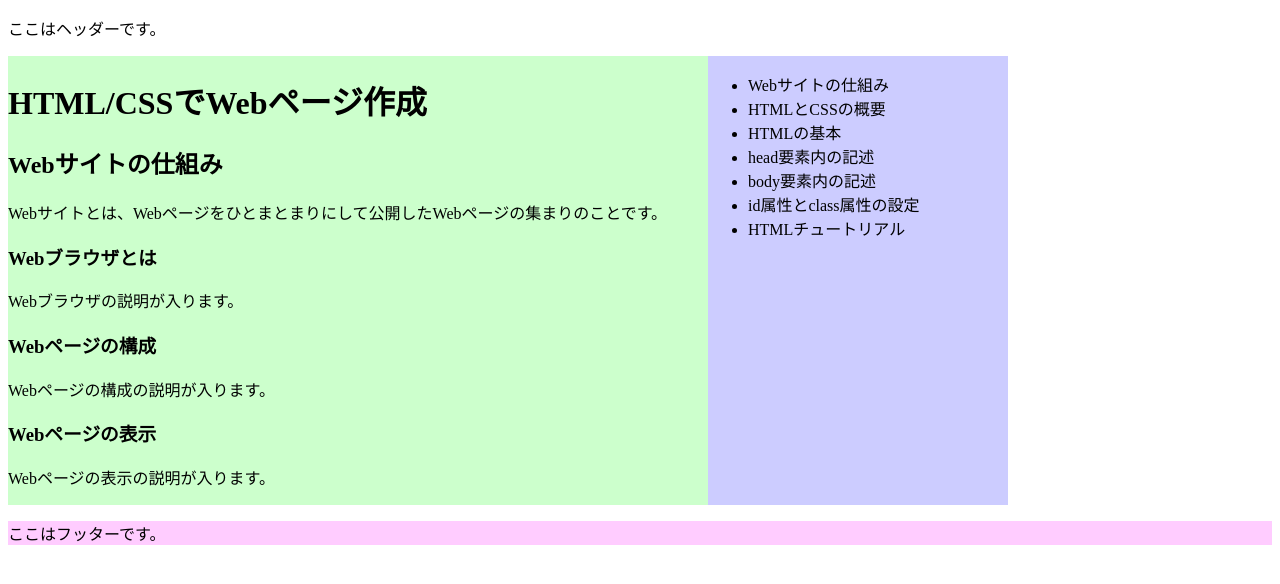
Repository: kaito-genkai/porker
Page: kadai-html.html
The author's editor kept a record of every edit. The page is drawn from the files as they stood at one moment, then again after the next edit.
The browser window is 1280 px wide. The pictures show the whole page.

Above is the page before.

### kadai-html.html
<!DOCTYPE html>
<html lang="ja">
    <head>
        <meta charset="UTF-8">
        <title>HTML/CSSでWebページ作成</title>
        <link rel="stylesheet" href="kadai-css.css" type="text/css" />
    </head>
    <body>
        <header>
            <p>ここはヘッダーです。</p>
        </header>
        <div id="wrapper">
            <div id="main">
                <h1>HTML/CSSでWebページ作成</h1>
                <h2>Webサイトの仕組み</h2>
                <p>Webサイトとは、Webページをひとまとまりにして公開したWebページの集まりのことです。</p>
                <h3>Webブラウザとは</h3>
                <p>Webブラウザの説明が入ります。</p>
                <h3>Webページの構成</h3>
                <p>Webページの構成の説明が入ります。</p>
                <h3>Webページの表示</h3>
                <p>Webページの表示の説明が入ります。</p>
            </div>
            <nav id="menu">
                <ul>
                    <li>Webサイトの仕組み</li>
                    <li>HTMLとCSSの概要</li>
                    <li>HTMLの基本</li>
                    <li>head要素内の記述</li>
                    <li>body要素内の記述</li>
                    <li>id属性とclass属性の設定</li>
                    <li>HTMLチュートリアル</li>
                </ul>
            </nav>
        </div>
        <footer>
            <p>ここはフッターです。</p>
        </footer>
    </body>
</html>

### kadai-css.css
@charset "UTF-8";

#wrapper {
    display: flex;
}

#main {
    background-color: #ccffcc;
    width: 700px;
}

#menu {
    background-color: #ccccff;
    width: 300px;
}

footer {
    background-color: #ffccff;
    margin: 0;
}

After the next edit:
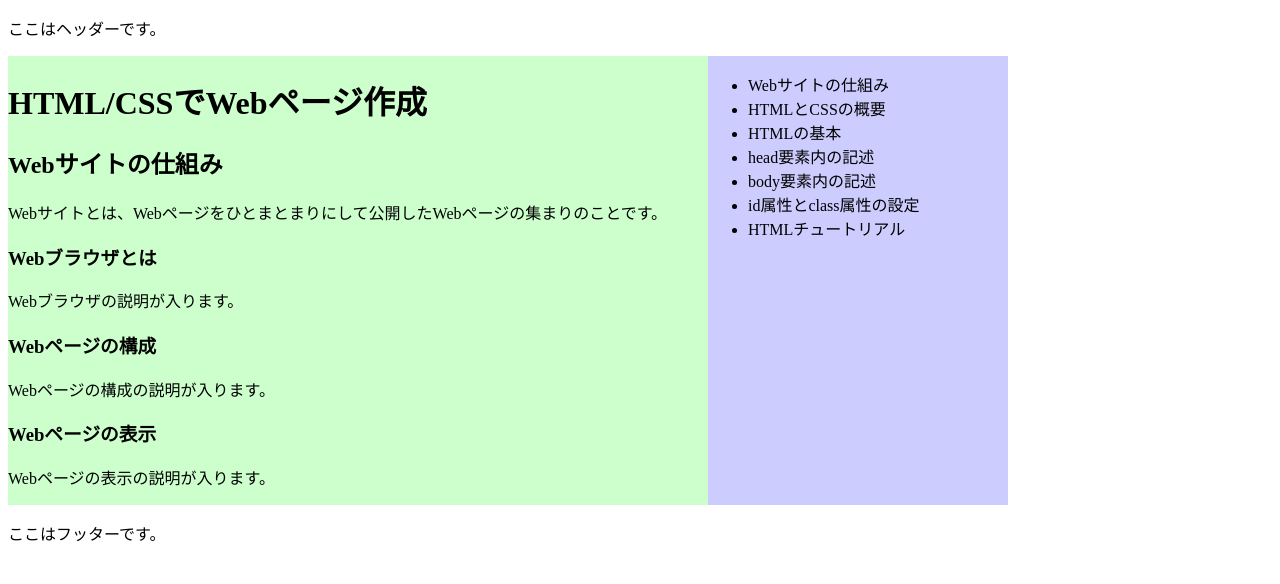
The edit:
--- a/kadai-css.css
+++ b/kadai-css.css
@@ -13,8 +13,3 @@
     background-color: #ccccff;
     width: 300px;
 }
-
-footer {
-    background-color: #ffccff;
-    margin: 0;
-}
